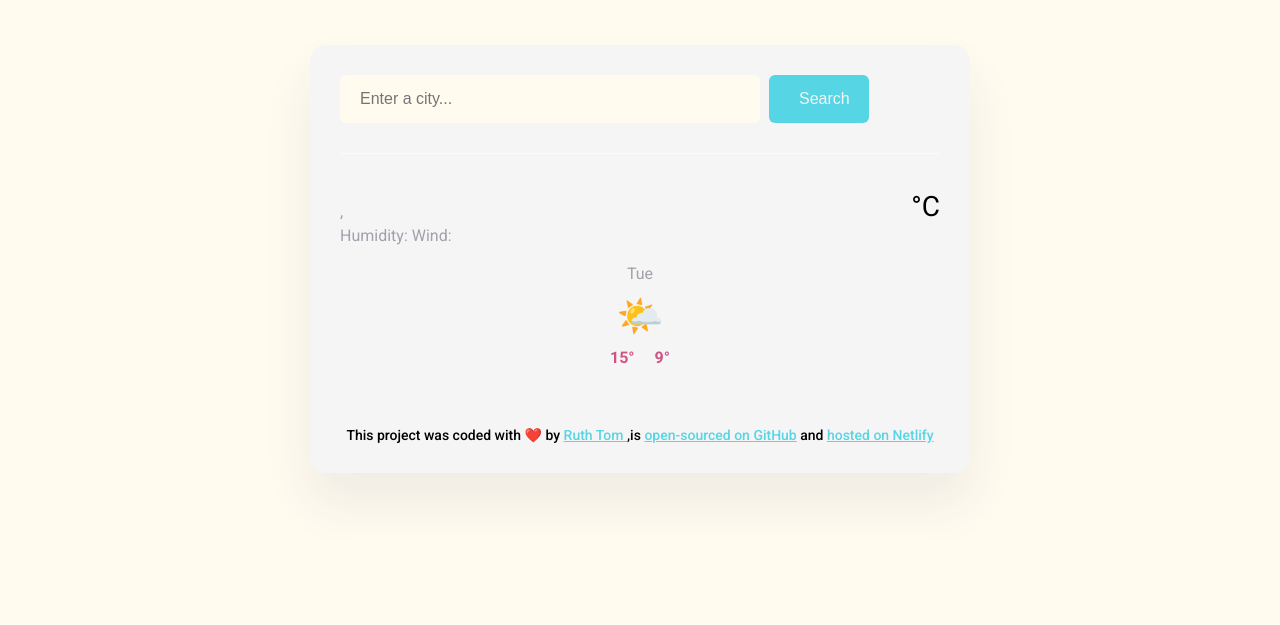
Repository: RuthTom711/Weatherly-App
Page: index.html
The author's editor kept a copy of each file at every save. The page is drawn from the files as they stood at one save, then again after a run of saves.
The browser window is 1280 px wide. The pictures show the whole page.
The page's requests for data from a server got no answer. Some web libraries are served in a nearby version.

Above is the page before, as saved 2025-11-13 15:03:47.
Console error (its wording comes from the project's code and is left out).

### index.html
<!DOCTYPE html>
<html lang="en">
  <head>
    <meta charset="UTF-8" />
    <meta name="viewport" content="width=device-width, initial-scale=1.0" />
    <link rel="preconnect" href="https://fonts.googleapis.com" />
    <link rel="preconnect" href="https://fonts.gstatic.com" crossorigin />
    <link
      href="https://fonts.googleapis.com/css2?family=Roboto+Mono:ital,wght@0,100..700;1,100..700&family=Roboto:ital,wght@0,100..900;1,100..900&family=Work+Sans:ital,wght@0,100..900;1,100..900&display=swap"
      rel="stylesheet"
    />
    <link rel="stylesheet" href="src/styles.css" />
    <script src="https://unpkg.com/axios@1.1.2/dist/axios.min.js"></script>
    <title>Weatherly App</title>
  </head>
  <body>
    <div class="weather-app">
      <header>
        <form class="search-form" id="search-form">
          <input
            type="search"
            placeholder="Enter a city..."
            required
            id="search-form-input"
            class="search-form-input"
          />
          <input type="Submit" value="Search" class="search-form-button" />
        </form>
      </header>

      <main>
        <div class="weather-app-data">
          <div>
            <h1 class="weather-app-city" id="city"></h1>
            <p class="weather-app-details">
              <span id="time"></span>, <span id="description"></span>
              <br />
              Humidity: <strong id="humidity"></strong> Wind:
              <strong id="wind-speed"></strong>
            </p>
          </div>
          <div class="weather-app-temparature-container">
            <div id="icon">

            </div>

            <div class="weather-app-temperature" id="temperature"></div>
            <div class="weather-app-unit">°C</div>
          </div>
        </div>
        <div>
          <div class="weather-forecast">
            <div class="weather-forecast-day">
              <div class="weather-forecast-date">Tue</div>
              <div class="weather-forecast-icon">🌤️</div>
              <div class="weather-forecast-temperatures">
              <div class="weather-forecast-temperature"><strong>15°</strong></div>
               <div class="weather-forecast-temperature"><strong>9°</strong></div>

             </div>

            </div>


          </div>






        </div>
      </main>

      <footer>
        This project was coded with ❤️ by
        <a href="https://github.com/RuthTom711" target="_blank"> Ruth Tom </a
        >,is
        <a href="https://github.com/RuthTom711/Weatherly-App" target="_blank">
          open-sourced on GitHub</a
        >
        and
        <a
          href="https://app.netlify.com/projects/ruth-weatherly-app/"
          target="_blank"
        >
          hosted on Netlify</a
        >
      </footer>
    </div>
    <script src="src/index.js"></script>
  </body>
</html>

### src/styles.css
body {
    background-color: #fffbef;
    font-family: "Roboto",sans-serif;
}

a{
    color: #56d5e4;
}

.weather-app {
    background: whitesmoke;
    max-width: 600px;
    margin: 45px auto;
    padding: 30px;
    box-shadow: 0 30px 50px rgba(65, 50, 100, 0.08);
    border-radius: 16px;
}
header{
    border-bottom: 1px solid #fffbef;
    padding: 0 0 30px 0;
}

.search-form-input {
    background-color: #fffbef;
    border: none;
    border-radius: 6px;
    width: 70%;
    font-size: 16px;
    padding: 15px 20px;
}

.search-form-button {
    background: #56d5e4;
    padding: 15px 30px;
    border: none;
    font-size: 16px;
    margin-left: 5px;
    border-radius: 6px;
    color: whitesmoke;
    width: 100px;
}

main {
    padding: 30px 0;
    }
.weather-app-city {
    margin: 0;
    font-size: 38px;
    line-height: 48px;
}
.weather-app-data {
    display: flex;
    justify-content: space-between;
}

.weather-app-details {
    font-size: 16px;
    line-height: 24px;
    color: rgba(39, 33, 66, 0.4);
    font-weight: 500px;
}

.weather-app-details strong{
    color: #cf5282
}

.weather-app-temparature-container {
    display: flex;

}

.weather-app-temperature{
    font-size: 88px;
    font-weight: bold;
    line-height: 88px;
}
.weather-app-icon{
    width: 88px;
    height: 88px;

}
.weather-app-unit{
    margin-top: 6px;
    font-size: 28px;
}

.weather-forecast-day {


}
.weather-forecast-date {
    text-align: center;
    color: rgba(39, 33, 66, 0.4);
    font-size: 16px;
    line-height: 20px;
    margin-bottom: 10px;

}
.weather-forecast-icon {
 font-size: 38px;
 text-align: center;
}

.weather-forecast-temperatures {
    text-align: center;
    color: #cf5282;
    display: flex;
    justify-content: center;
    margin-top: 10px;
}
.weather-forecast-temperature {
    padding: 0 10px;

}
footer {

    padding: 30px 0 0 0;
    text-align: center;
    font-weight: 500;
    font-size: 14px;
    color: rgba (0, 0, 0, 0.6);
}

### src/index.js
function refreshWeather(response){
    let temperatureElement = document.querySelector("#temperature");
    let temperature = response.data.temperature.current;
    let cityElement = document.querySelector("#city")
    let descriptionElement = document.querySelector("#description");
    let humidityElement = document.querySelector("#humidity");
    let windSpeedElement = document.querySelector("#wind-speed");
    let timeElement = document.querySelector("#time");
    let date = new Date(response.data.time * 1000);
    let iconElement= document.querySelector("#icon")



    cityElement.innerHTML = response.data.city;
    timeElement.innerHTML = formatDate(date);
    descriptionElement.innerHTML = response.data.condition.description;
    humidityElement.innerHTML = `${response.data.temperature.humidity}%`;
    windSpeedElement.innerHTML = `${response.data.wind.speed}km/h`;
    temperatureElement.innerHTML = Math.round(temperature);
    iconElement.innerHTML = `<img src="${response.data.condition.icon_url}" class="weather-app-icon" />`;
}

function formatDate(date) {

    let minutes = date.getMinutes();
    let hours = date.getHours();
    let days = [
        "sunday",
        "Monday",
        "Tuesday",
        "Wednesday",
        "Thursday",
        "Friday",
        "Saturday",

    ];
    let day = days [date.getDay()];

    if (minutes < 10) {
        minutes = `0${minutes}`;
    }

    return `${day} ${hours}: ${minutes}`;
}

function searchCity(city) {
    let apiKey = "2bf02005obb4ft73c247eba0b4e8f73d";
    let apiUrl = `https://api.shecodes.io/weather/v1/current?query=${city}&key=${apiKey}&units=metric`;
    axios.get(apiUrl).then(refreshWeather);
}

function handleSearchSubmit(event) {
    event.preventDefault();
    let searchInput = document.querySelector("#search-form-input");

    searchCity(searchInput.value);

}

let searchFormElement = document.querySelector("#search-form");
searchFormElement.addEventListener("submit", handleSearchSubmit);

searchCity("Cape Town");

After the next 2 saves:
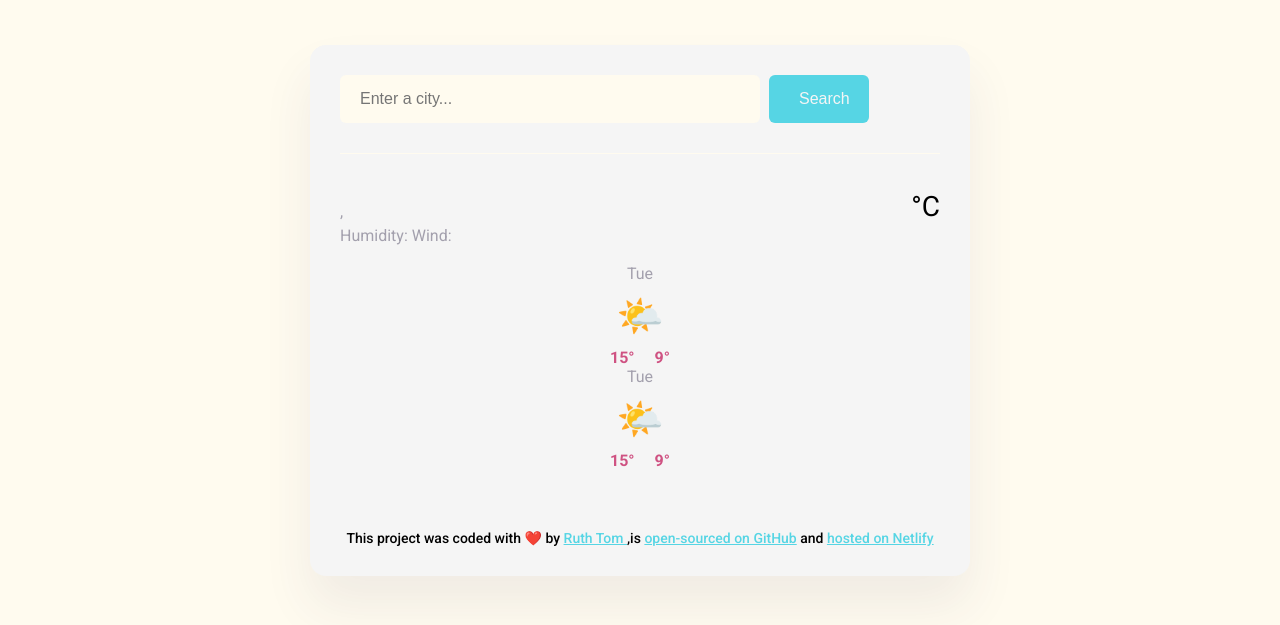
The 2 saves are shown as one change because they came seconds apart.
The last was saved 6 s later.
--- a/index.html
+++ b/index.html
@@ -60,6 +60,16 @@
              </div>
 
             </div>
+             <div class="weather-forecast-day">
+              <div class="weather-forecast-date">Tue</div>
+              <div class="weather-forecast-icon">🌤️</div>
+              <div class="weather-forecast-temperatures">
+              <div class="weather-forecast-temperature"><strong>15°</strong></div>
+               <div class="weather-forecast-temperature"><strong>9°</strong></div>
+
+             </div>
+
+            </div>
 
 
           </div>
